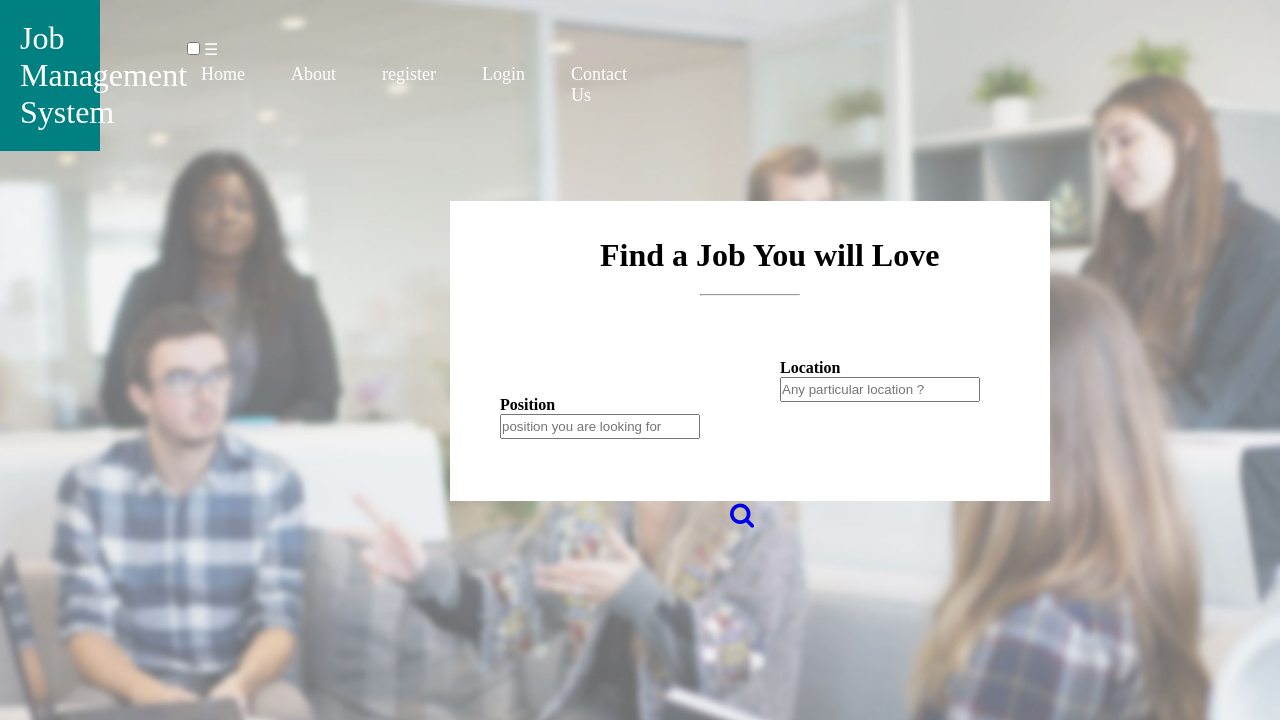
Repository: PrinceKumawat1109/JFSD
Page: http://localhost/Job-management/home.jsp
An editor plug-in stored every save of this project. The page is shown before and after the next save, followed by the edit.
The browser window is 1280 px wide. The pictures show the whole page.
The page is served by Tomcat 9.

Above is the page before, as saved 2022-10-29 18:18:17.

After the next save:
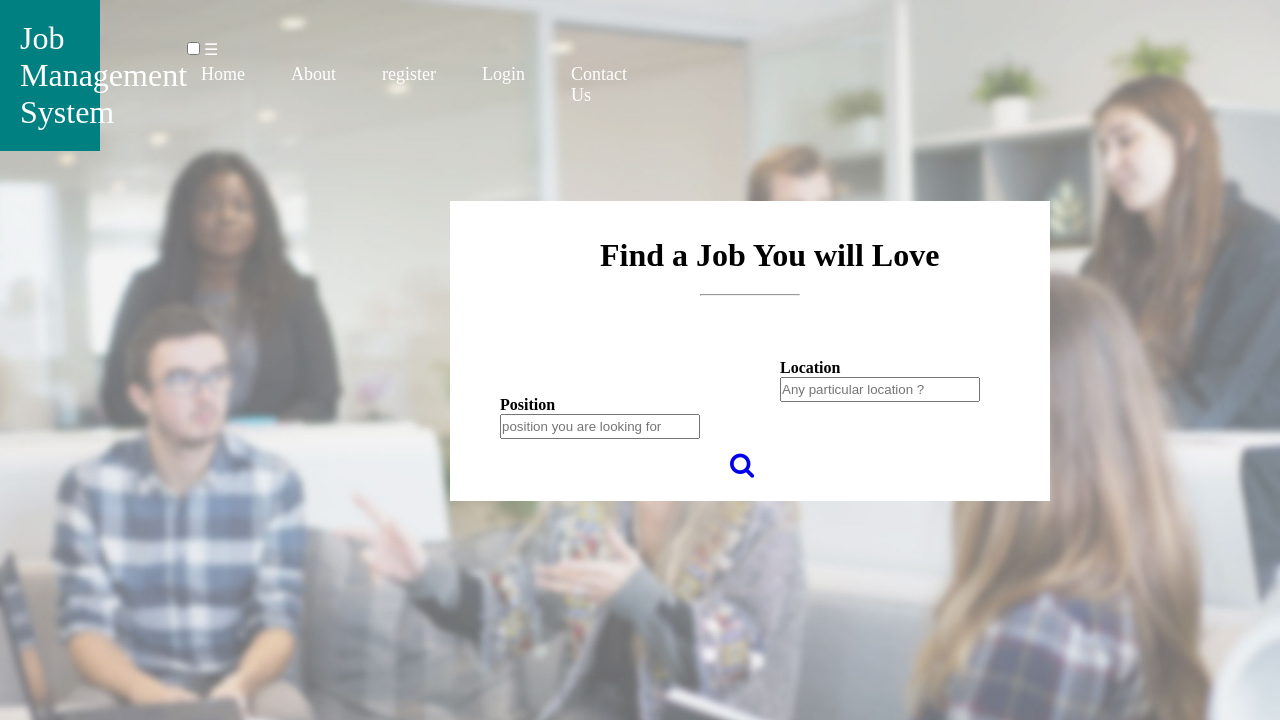
Saved 9 s later.
--- a/Job-management/src/main/webapp/home.jsp
+++ b/Job-management/src/main/webapp/home.jsp
@@ -51,7 +51,7 @@ margin-top: -80px;
 </div>
 </div>
 <div class="search">
-<a href="facebook.com"><i class="fa fa-search" style="margin-top: 100px; font-size:26px; margin-left: 280px;"></i></a>
+<a href="facebook.com"><i class="fa fa-search" style="margin-top: 50px; font-size:26px; margin-left: 280px;"></i></a>
 </div>
 </div>
 </body>
